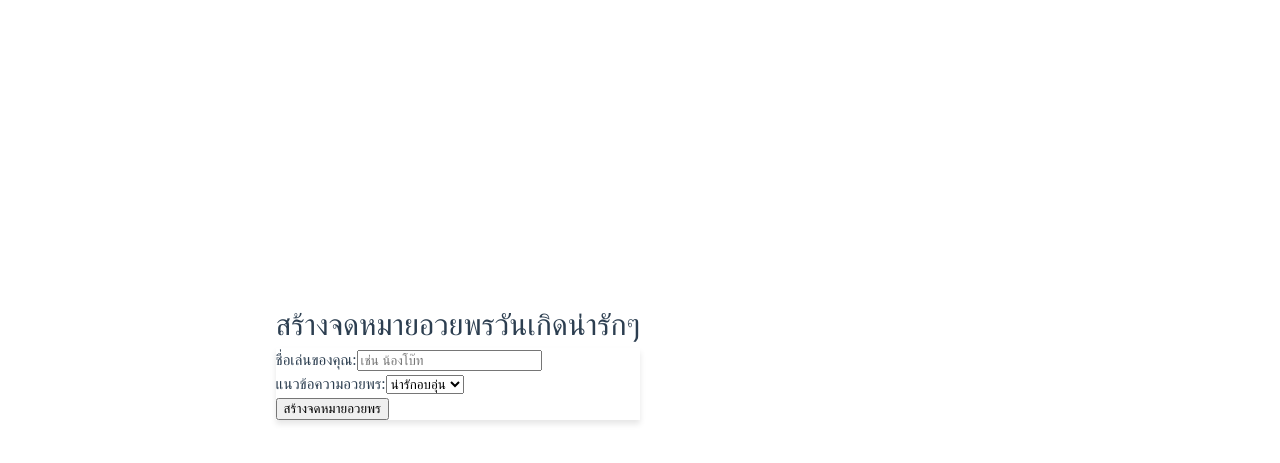
Repository: Jinwoo290350/Word_HBD
Page: /
The author's editor kept a copy of each file at every save. The page is drawn from the files as they stood at one save, then again after the next save.
The browser window is 1280 px wide. The pictures show the whole page.
The project was rebuilt for these pictures with package versions that can differ from the ones it lists, and the page was loaded fresh each time. Also part of the build but not shown: vite.config.js.

Above is the page before, as saved 2025-03-28 22:08:30.

### src/App.vue
<template>
  <div class="container mt-5">
    <h1 class="text-center mb-4">สร้างจดหมายอวยพรวันเกิดน่ารักๆ</h1>
    <div class="card p-4 shadow">
      <div class="mb-3">
        <label class="form-label">ชื่อเล่นของคุณ:</label>
        <input v-model="nickname" type="text" class="form-control" placeholder="เช่น น้องโบ๊ท">
      </div>

      <div class="mb-3">
        <label class="form-label">แนวข้อความอวยพร:</label>
        <select v-model="theme" class="form-select">
          <option value="ตลกขบขัน">ตลกขบขัน</option>
          <option value="น่ารักอบอุ่น">น่ารักอบอุ่น</option>
          <option value="สร้างสรรค์">สร้างสรรค์</option>
          <option value="เป็นทางการ">เป็นทางการ</option>
        </select>
      </div>

      <button
        @click="generateWishes"
        class="btn btn-primary"
        :disabled="isLoading"
      >
        <span v-if="!isLoading">สร้างจดหมายอวยพร</span>
        <span v-else>กำลังสร้าง...</span>
      </button>
    </div>

    <div v-if="result" class="letter-box mt-4 p-4 shadow">
      <div class="envelope-icon">✉️</div>
      <h2 class="text-center mb-3">จดหมายอวยพรถึง {{ nickname }}</h2>
      <pre class="letter-content">{{ result }}</pre>
    </div>
  </div>
</template>

<script>
export default {
  data() {
    return {
      nickname: '',
      theme: 'น่ารักอบอุ่น',
      isLoading: false,
      result: ''
    }
  },
  methods: {
    async generateWishes() {
      this.isLoading = true
      try {
        const prompt = [
          `เขียนข้อความอวยพรวันเกิดให้กับ ${this.nickname} ในแนว ${this.theme}`,
          'รูปแบบเป็นจดหมายน่ารัก สั้นๆ 2-3 ย่อหน้า',
          'ใช้ภาษาที่เป็นกันเอง พิมพ์เอโมจิเสริมบางประโยค',
          'ลงท้ายด้วย "เพื่อนรัก" หรือนามปากกาน่ารัก'
        ].join('. ')

        const response = await fetch('https://api.opentyphoon.ai/v1/chat/completions', {
          method: 'POST',
          headers: {
            'Content-Type': 'application/json',
            'Authorization': 'sk-3wY19YJQdjyYVBnwdjZKlpa3X7KG58tACnkPuAaH5rT8k70u'
          },
          body: JSON.stringify({
            model: "typhoon-v2-70b-instruct",
            messages: [{ role: "user", content: prompt }]
          })
        })

        const data = await response.json()
        this.result = data.choices[0].message.content
      } catch (error) {
        console.error('เกิดข้อผิดพลาด:', error)
        alert('สร้างข้อความไม่สำเร็จ กรุณาลองใหม่')
      } finally {
        this.isLoading = false
      }
    }
  }
}
</script>

<style scoped>
.letter-box {
  background: #fff9f9;
  border-radius: 15px;
  border: 2px solid #ffb6c1;
  font-family: 'Kanit', sans-serif;
}

.letter-content {
  white-space: pre-wrap;
  font-size: 1.1em;
  line-height: 1.6;
  color: #4a4a4a;
}

.envelope-icon {
  font-size: 3em;
  text-align: center;
  margin-bottom: 15px;
}

.shadow {
  box-shadow: 0 4px 6px rgba(0, 0, 0, 0.1);
}
</style>

Loaded but not shown: index.html (common file); src/main.js (common file); src/assets/main.css (common file); src/assets/base.css (common file)

After the next save:
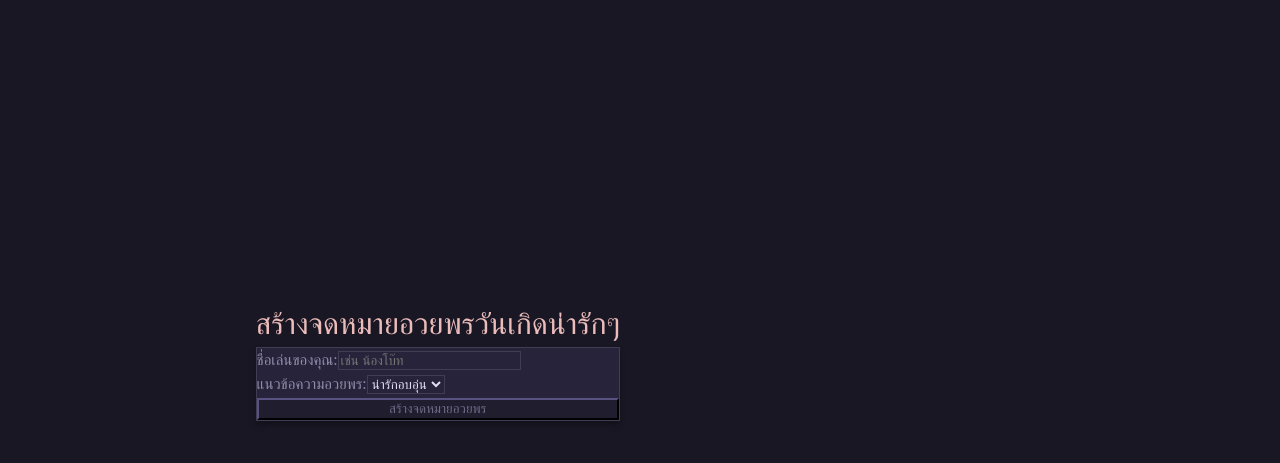
Saved 3 min 42 s later.
--- a/src/App.vue
+++ b/src/App.vue
@@ -4,7 +4,12 @@
     <div class="card p-4 shadow">
       <div class="mb-3">
         <label class="form-label">ชื่อเล่นของคุณ:</label>
-        <input v-model="nickname" type="text" class="form-control" placeholder="เช่น น้องโบ๊ท">
+        <input
+          v-model="nickname"
+          type="text"
+          class="form-control"
+          placeholder="เช่น น้องโบ๊ท"
+        >
       </div>
 
       <div class="mb-3">
@@ -20,7 +25,7 @@
       <button
         @click="generateWishes"
         class="btn btn-primary"
-        :disabled="isLoading"
+        :disabled="isLoading || !nickname"
       >
         <span v-if="!isLoading">สร้างจดหมายอวยพร</span>
         <span v-else>กำลังสร้าง...</span>
@@ -30,7 +35,7 @@
     <div v-if="result" class="letter-box mt-4 p-4 shadow">
       <div class="envelope-icon">✉️</div>
       <h2 class="text-center mb-3">จดหมายอวยพรถึง {{ nickname }}</h2>
-      <pre class="letter-content">{{ result }}</pre>
+      <div class="letter-content">{{ result }}</div>
     </div>
   </div>
 </template>
@@ -60,7 +65,7 @@ export default {
           method: 'POST',
           headers: {
             'Content-Type': 'application/json',
-            'Authorization': 'sk-3wY19YJQdjyYVBnwdjZKlpa3X7KG58tACnkPuAaH5rT8k70u'
+            'Authorization': 'Bearer sk-3wY19YJQdjyYVBnwdjZKlpa3X7KG58tACnkPuAaH5rT8k70u'
           },
           body: JSON.stringify({
             model: "typhoon-v2-70b-instruct",
@@ -68,11 +73,13 @@ export default {
           })
         })
 
+        if (!response.ok) throw new Error('API Error')
+
         const data = await response.json()
         this.result = data.choices[0].message.content
       } catch (error) {
         console.error('เกิดข้อผิดพลาด:', error)
-        alert('สร้างข้อความไม่สำเร็จ กรุณาลองใหม่')
+        this.result = '⚠️ เกิดข้อผิดพลาดในการสร้างข้อความ กรุณาลองอีกครั้ง'
       } finally {
         this.isLoading = false
       }
@@ -81,28 +88,90 @@ export default {
 }
 </script>
 
-<style scoped>
+<style>
+@import url('https://fonts.googleapis.com/css2?family=Kanit&display=swap');
+
+body {
+  background-color: #191724;
+  color: #e0def4;
+  min-height: 100vh;
+}
+
+.container {
+  max-width: 800px;
+  padding: 20px;
+}
+
+.card {
+  background-color: #26233a;
+  border: 1px solid #403d52;
+}
+
+.form-control, .form-select {
+  background-color: #26233a;
+  border: 1px solid #403d52;
+  color: #e0def4;
+}
+
+.form-control:focus, .form-select:focus {
+  background-color: #26233a;
+  border-color: #ebbcba;
+  box-shadow: 0 0 0 0.2rem rgba(235, 188, 186, 0.25);
+}
+
+.btn-primary {
+  background-color: #ebbcba;
+  border-color: #ebbcba;
+  color: #191724;
+  width: 100%;
+  transition: all 0.3s ease;
+}
+
+.btn-primary:hover {
+  background-color: #d8a8a6;
+  border-color: #d8a8a6;
+}
+
+.btn-primary:disabled {
+  background-color: #1f1d2e;
+  border-color: #1f1d2e;
+  color: #6e6a86;
+}
+
 .letter-box {
-  background: #fff9f9;
+  background: #26233a;
   border-radius: 15px;
-  border: 2px solid #ffb6c1;
+  border: 2px solid #ebbcba;
   font-family: 'Kanit', sans-serif;
+  color: #e0def4;
 }
 
 .letter-content {
   white-space: pre-wrap;
   font-size: 1.1em;
   line-height: 1.6;
-  color: #4a4a4a;
+  padding: 20px;
+  background-color: #191724;
+  border-radius: 10px;
+  margin-top: 15px;
 }
 
 .envelope-icon {
   font-size: 3em;
   text-align: center;
   margin-bottom: 15px;
+  color: #ebbcba;
 }
 
 .shadow {
-  box-shadow: 0 4px 6px rgba(0, 0, 0, 0.1);
+  box-shadow: 0 4px 6px rgba(0, 0, 0, 0.3);
+}
+
+.text-center {
+  color: #ebbcba;
+}
+
+.form-label {
+  color: #908caa;
 }
 </style>
